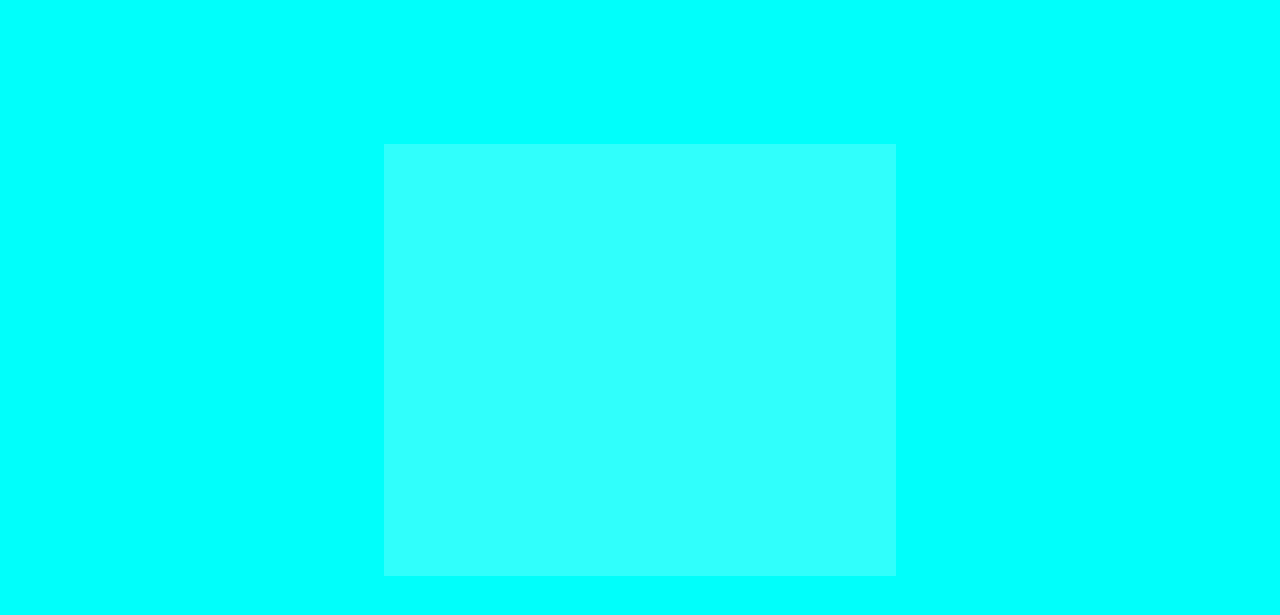
Repository: FaisalFahed/login-page
Page: html/صفحة تسجيل دخول.html
These files come from the project's save history. The page is drawn as it stood at one moment and after a run of saves; the edit follows.
The browser window is 1280 px wide. The pictures show the whole page.
Some web fonts or font styles are not loaded; a fallback is used.

Above is the page before, as saved 2025-04-01 07:59:57.

### html/صفحة تسجيل دخول.html
<!DOCTYPE html>
<html lang="en">
<head>
    <meta charset="UTF-8">
    <meta name="viewport" content="width=device-width, initial-scale=1.0">
    <link rel="stylesheet" href="css/normlaize.css">
    <link rel="stylesheet" href="../css/صفحة تسجيل دخول.css">
    <!-- Font Awesome -->
    <link rel="stylesheet" href="../css/all.min.css">
    <!-- Google Fonts -->
    <link rel="preconnect" href="https://fonts.googleapis.com">
    <link rel="preconnect" href="https://fonts.gstatic.com" crossorigin>
    <link href="https://fonts.googleapis.com/css2?family=Markazi+Text:wght@400..700&display=swap" rel="stylesheet">
    <title>Faisal | صفحة تسجيل دخول</title>
</head>
    <body>
        <div class="container">

        </div>
    </body>
</html>

### css/normlaize.css
/*! normalize.css v8.0.1 | MIT License | github.com/necolas/normalize.css */

/* Document
   ========================================================================== */

/**
 * 1. Correct the line height in all browsers.
 * 2. Prevent adjustments of font size after orientation changes in iOS.
 */

 html {
  line-height: 1.15; /* 1 */
  -webkit-text-size-adjust: 100%; /* 2 */
}

/* Sections
   ========================================================================== */

/**
 * Remove the margin in all browsers.
 */

body {
  margin: 0;
}

/**
 * Render the `main` element consistently in IE.
 */

main {
  display: block;
}

/**
 * Correct the font size and margin on `h1` elements within `section` and
 * `article` contexts in Chrome, Firefox, and Safari.
 */

h1 {
  font-size: 2em;
  margin: 0.67em 0;
}

/* Grouping content
   ========================================================================== */

/**
 * 1. Add the correct box sizing in Firefox.
 * 2. Show the overflow in Edge and IE.
 */

hr {
  box-sizing: content-box; /* 1 */
  height: 0; /* 1 */
  overflow: visible; /* 2 */
}

/**
 * 1. Correct the inheritance and scaling of font size in all browsers.
 * 2. Correct the odd `em` font sizing in all browsers.
 */

pre {
  font-family: monospace, monospace; /* 1 */
  font-size: 1em; /* 2 */
}

/* Text-level semantics
   ========================================================================== */

/**
 * Remove the gray background on active links in IE 10.
 */

a {
  background-color: transparent;
}

/**
 * 1. Remove the bottom border in Chrome 57-
 * 2. Add the correct text decoration in Chrome, Edge, IE, Opera, and Safari.
 */

abbr[title] {
  border-bottom: none; /* 1 */
  text-decoration: underline; /* 2 */
  text-decoration: underline dotted; /* 2 */
}

/**
 * Add the correct font weight in Chrome, Edge, and Safari.
 */

b,
strong {
  font-weight: bolder;
}

/**
 * 1. Correct the inheritance and scaling of font size in all browsers.
 * 2. Correct the odd `em` font sizing in all browsers.
 */

code,
kbd,
samp {
  font-family: monospace, monospace; /* 1 */
  font-size: 1em; /* 2 */
}

/**
 * Add the correct font size in all browsers.
 */

small {
  font-size: 80%;
}

/**
 * Prevent `sub` and `sup` elements from affecting the line height in
 * all browsers.
 */

sub,
sup {
  font-size: 75%;
  line-height: 0;
  position: relative;
  vertical-align: baseline;
}

sub {
  bottom: -0.25em;
}

sup {
  top: -0.5em;
}

/* Embedded content
   ========================================================================== */

/**
 * Remove the border on images inside links in IE 10.
 */

img {
  border-style: none;
}

/* Forms
   ========================================================================== */

/**
 * 1. Change the font styles in all browsers.
 * 2. Remove the margin in Firefox and Safari.
 */

button,
input,
optgroup,
select,
textarea {
  font-family: inherit; /* 1 */
  font-size: 100%; /* 1 */
  line-height: 1.15; /* 1 */
  margin: 0; /* 2 */
}

/**
 * Show the overflow in IE.
 * 1. Show the overflow in Edge.
 */

button,
input { /* 1 */
  overflow: visible;
}

/**
 * Remove the inheritance of text transform in Edge, Firefox, and IE.
 * 1. Remove the inheritance of text transform in Firefox.
 */

button,
select { /* 1 */
  text-transform: none;
}

/**
 * Correct the inability to style clickable types in iOS and Safari.
 */

button,
[type="button"],
[type="reset"],
[type="submit"] {
  -webkit-appearance: button;
}

/**
 * Remove the inner border and padding in Firefox.
 */

button::-moz-focus-inner,
[type="button"]::-moz-focus-inner,
[type="reset"]::-moz-focus-inner,
[type="submit"]::-moz-focus-inner {
  border-style: none;
  padding: 0;
}

/**
 * Restore the focus styles unset by the previous rule.
 */

button:-moz-focusring,
[type="button"]:-moz-focusring,
[type="reset"]:-moz-focusring,
[type="submit"]:-moz-focusring {
  outline: 1px dotted ButtonText;
}

/**
 * Correct the padding in Firefox.
 */

fieldset {
  padding: 0.35em 0.75em 0.625em;
}

/**
 * 1. Correct the text wrapping in Edge and IE.
 * 2. Correct the color inheritance from `fieldset` elements in IE.
 * 3. Remove the padding so developers are not caught out when they zero out
 *    `fieldset` elements in all browsers.
 */

legend {
  box-sizing: border-box; /* 1 */
  color: inherit; /* 2 */
  display: table; /* 1 */
  max-width: 100%; /* 1 */
  padding: 0; /* 3 */
  white-space: normal; /* 1 */
}

/**
 * Add the correct vertical alignment in Chrome, Firefox, and Opera.
 */

progress {
  vertical-align: baseline;
}

/**
 * Remove the default vertical scrollbar in IE 10+.
 */

textarea {
  overflow: auto;
}

/**
 * 1. Add the correct box sizing in IE 10.
 * 2. Remove the padding in IE 10.
 */

[type="checkbox"],
[type="radio"] {
  box-sizing: border-box; /* 1 */
  padding: 0; /* 2 */
}

/**
 * Correct the cursor style of increment and decrement buttons in Chrome.
 */

[type="number"]::-webkit-inner-spin-button,
[type="number"]::-webkit-outer-spin-button {
  height: auto;
}

/**
 * 1. Correct the odd appearance in Chrome and Safari.
 * 2. Correct the outline style in Safari.
 */

[type="search"] {
  -webkit-appearance: textfield; /* 1 */
  outline-offset: -2px; /* 2 */
}

/**
 * Remove the inner padding in Chrome and Safari on macOS.
 */

[type="search"]::-webkit-search-decoration {
  -webkit-appearance: none;
}

/**
 * 1. Correct the inability to style clickable types in iOS and Safari.
 * 2. Change font properties to `inherit` in Safari.
 */

::-webkit-file-upload-button {
  -webkit-appearance: button; /* 1 */
  font: inherit; /* 2 */
}

/* Interactive
   ========================================================================== */

/*
 * Add the correct display in Edge, IE 10+, and Firefox.
 */

details {
  display: block;
}

/*
 * Add the correct display in all browsers.
 */

summary {
  display: list-item;
}

/* Misc
   ========================================================================== */

/**
 * Add the correct display in IE 10+.
 */

template {
  display: none;
}

/**
 * Add the correct display in IE 10.
 */

[hidden] {
  display: none;
}

### css/صفحة تسجيل دخول.css
*{
    box-sizing: border-box;
}

:root{
    --main-color: #ff1f1fd6;
    --main-color-alt: #1787E0;
    --main-transition-duration: 0.3s;
    --main-padding-top: 100px;
    --main-padding-bottom: 100px;
    --section-background: #ECECEC;
}

html{
    scroll-behavior: smooth;
}

body{
    font-family: "Markazi Text", serif;
    background-color: #00fffb;
    display: flex;
    width: 100vw;
    height: 100vh;
    justify-content: center;
    align-items: center;
}

a{
    text-decoration: none;
}

ul{
    list-style: none;
    padding: 0;
    margin: 0;
}

.container{
    padding-left: 15px;
    padding-right: 15px;
    margin-left: auto;
    margin-right: auto;
    background-color: rgba(255, 255, 255, 0.188);
    height: 60vh;
    width: 40vw;
}

/* @media (min-width:768px){
    .container{
        width: 750px;
    }
}

@media (min-width:992px){
    .container{
        width: 970px;
    }
}

@media (min-width:1200px){
    .container{
        width: 1170px;
    }
} */

Loaded but not shown: css/all.min.css (library)

After the next 2 saves:
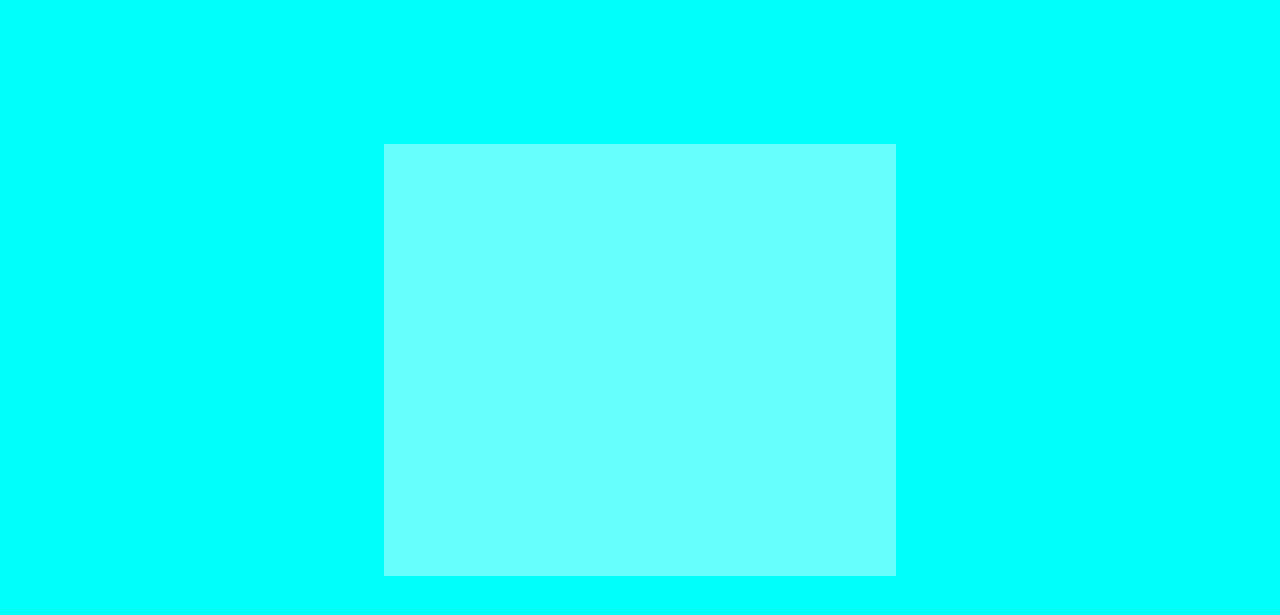
The 2 saves are shown as one change because they came seconds apart.
The last was saved 8 s later.
--- a/css/صفحة تسجيل دخول.css
+++ b/css/صفحة تسجيل دخول.css
@@ -40,7 +40,7 @@ ul{
     padding-right: 15px;
     margin-left: auto;
     margin-right: auto;
-    background-color: rgba(255, 255, 255, 0.188);
+    background-color: rgba(255, 255, 255, 0.40);
     height: 60vh;
     width: 40vw;
 }
